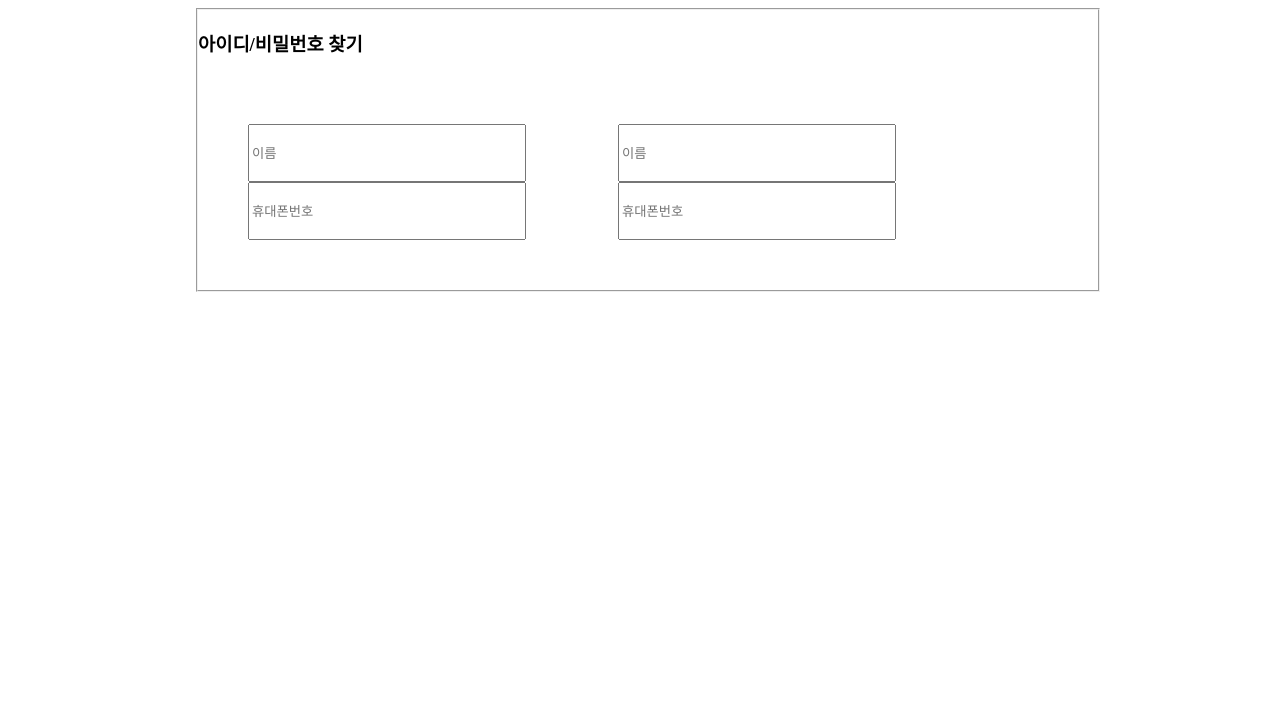
Repository: agheha/trillion
Page: YH/study_project/html/find.html
The author's editor kept a copy of each file at every save. The page is drawn from the files as they stood at one save, then again after a run of saves.
The browser window is 1280 px wide. The page is 1288 px wide, so the pictures cover 1288 px, including what lies to the right of the window. The pictures show the whole page.

Above is the page before, as saved 2019-09-04 19:29:37.

### YH/study_project/html/find.html
<!DOCTYPE html>
<html lang="en">
<head>
    <meta charset="UTF-8">
    <meta name="viewport" content="width=device-width, initial-scale=1.0">
    <meta http-equiv="X-UA-Compatible" content="ie=edge">
    <title>Document</title>
    <link rel="stylesheet" href="./../css/find.css">
</head>
<body>
        <fieldset>
            <form action="">
                <h3>아이디/비밀번호 찾기</h3>
                    <div class="row"></div>
                        <div class="inputbox">
                            <div>
                                <input class="form_find"type="text" id="name" placeholder="이름">
                            </div>
                            <div>
                                <input class="form_find"type="text" id="pass" placeholder="휴대폰번호">
                            </div>
                        </div>
                        <div class="inputbox">
                            <div>
                                <input class="form_find"type="text" id="name" placeholder="이름">
                            </div>
                            <div>
                                <input class="form_find"type="text" id="pass" placeholder="휴대폰번호">
                            </div>
                        </div>
                    </div>
                <div class="row"></div>
            </form>
        </fieldset>
</body>
</html>

### YH/study_project/css/find.css
html,body {
    width: 100%;
    height: 100%;
}
fieldset {
    width : 900px;
    margin : 0 auto;
    padding : 0px;
}

.form_find {
    /* width : 48%; */
    width: 100%;
    height: 52px;
}
.inputbox {
    float: left;
    margin : 50px;
    width: 30%

}

After the next 2 saves:
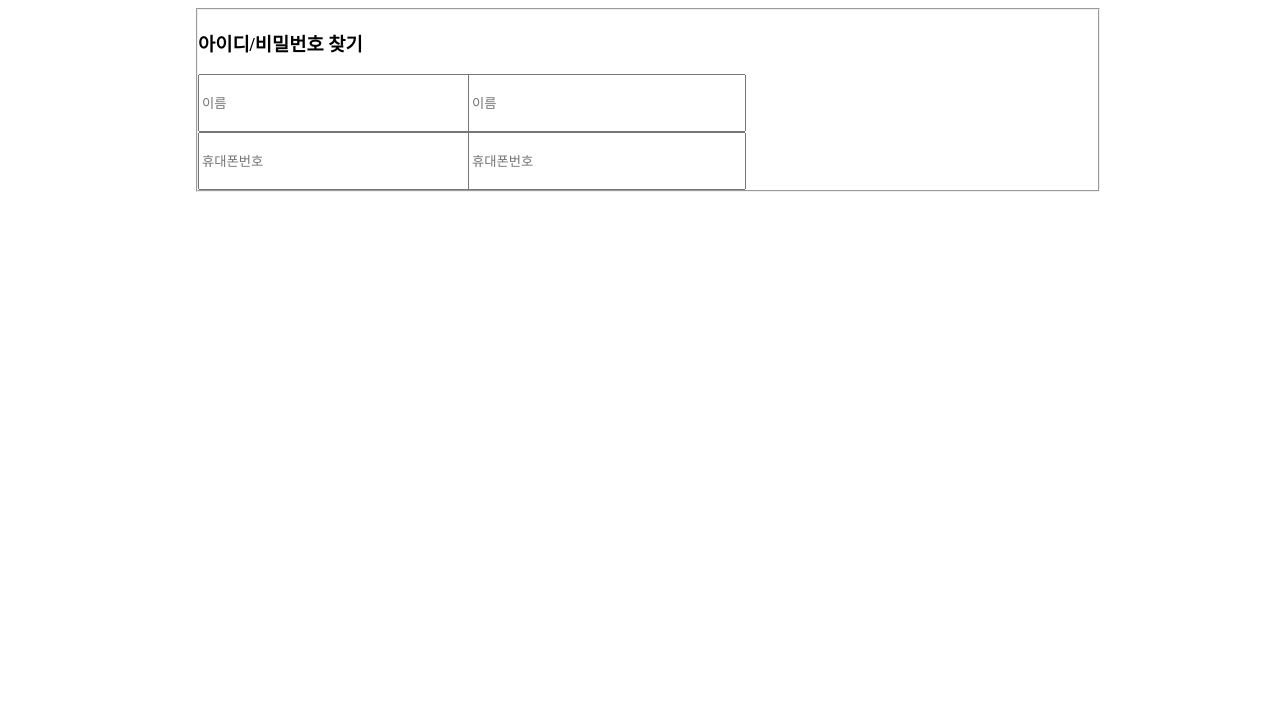
The 2 saves are shown as one change because they came seconds apart.
The last was saved 9 s later.
--- a/YH/study_project/css/find.css
+++ b/YH/study_project/css/find.css
@@ -15,7 +15,7 @@ fieldset {
 }
 .inputbox {
     float: left;
-    margin : 50px;
+    margin : 0 auto;
     width: 30%
 
 }
